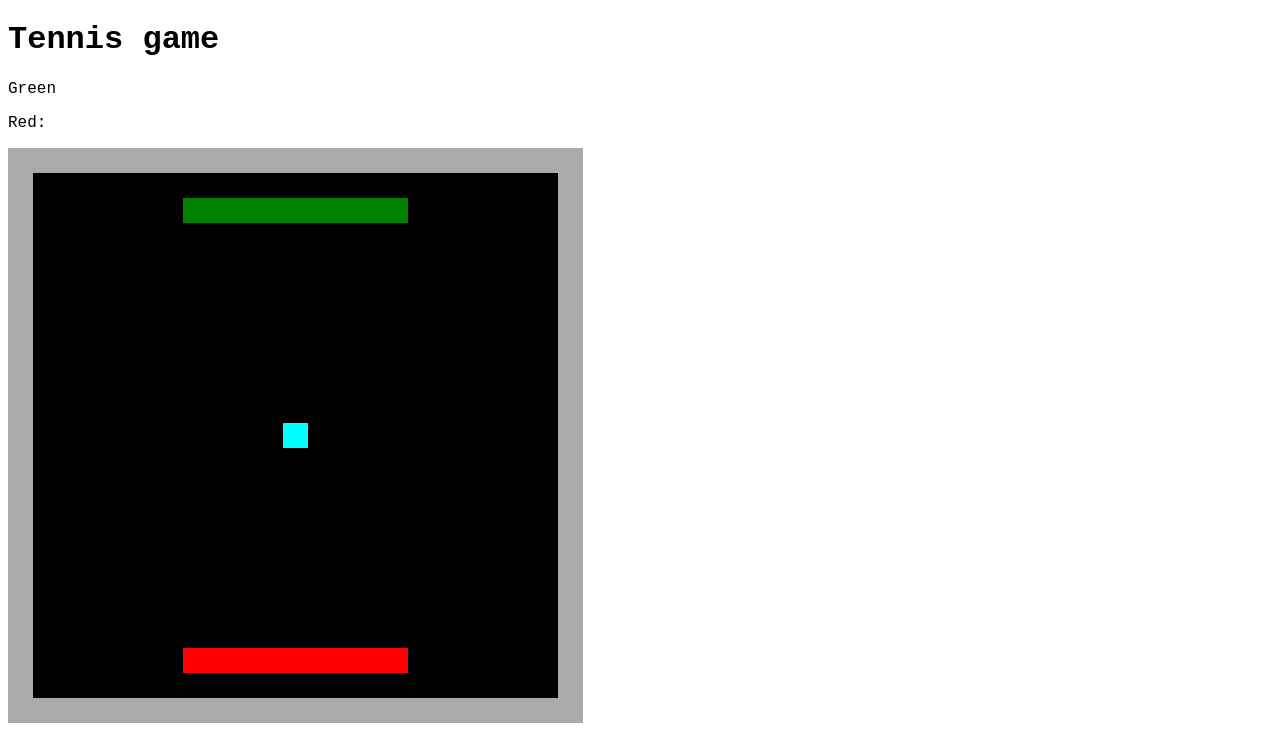
Repository: abdelrahman-ahmed-nassar/javascript-games
Page: my_ping-pong/index.html
These files come from the project's save history. The page is drawn as it stood at one moment and after a run of saves; the edit follows.
The browser window is 1280 px wide. The pictures show the whole page.

Above is the page before, as saved 2024-07-27 15:56:18.

### my_ping-pong/index.html
<!DOCTYPE html>
<html lang="en">
<head>
  <meta charset="UTF-8">
  <meta name="viewport" content="width=device-width, initial-scale=1.0">
  <link rel="stylesheet" href="style.css">
  <script defer src="script.js"></script>
  <title>Tennis 🎾</title>
</head>
<body>
  <h1>Tennis game</h1>
  <div></div>
  <p id="player-1">Green <span id="player--0__score"></span></p>
  <p id="player-2">Red: <span id="player--1__score"></span></p>
  <canvas id="canvas"></canvas>
</body>
</html>

### my_ping-pong/style.css
body {
  font-family: 'Courier New', Courier, monospace;
}

### my_ping-pong/script.js
//board
let blockSize = 25,
  rows = 23,
  cols = 23,
  c,
  ctx,
  gameOver = false,
  activePlayer = 0,
  rocket0 = [11, 20],
  rocket1 = [11, 2],
  ball = [11, 11];
  // accept odd numbers
  rocketWidth = 9;

window.onload = function () {
  c = document.getElementById("canvas");
  c.height = rows * blockSize;
  c.width = cols * blockSize;
  ctx = c.getContext("2d"); //used for drawing on the board

  document.addEventListener("keyup", changeDirection);
  // update();
  setInterval(update, 1000 / 100); //100 milliseconds
};

function update() {
  if (gameOver) {
    return;
  }
  // screen
  ctx.fillStyle = "#aaa";
  ctx.fillRect(0, 0, c.width, c.height);
  ctx.fillStyle = "black";
  ctx.fillRect(
    1 * blockSize,
    1 * blockSize,
    c.width - 2 * blockSize,
    c.height - 2 * blockSize
  );

  // rocket1
  ctx.fillStyle = "red";
  ctx.fillRect(
    rocket0[0] * blockSize - ((rocketWidth - 1) / 2) * blockSize,
    rocket0[1] * blockSize,
    blockSize * rocketWidth,
    blockSize
  );

  // rocket2
    ctx.fillStyle = "green";
  ctx.fillRect(
    rocket1[0] * blockSize - ((rocketWidth -1)/ 2) * blockSize,
    rocket1[1] * blockSize,
    blockSize * rocketWidth,
    blockSize
  );

  // ball
    ctx.fillStyle = "cyan";
    ctx.fillRect(
      ball[0] * blockSize ,
      ball[1] * blockSize,
      blockSize,
      blockSize
    );

  //game over conditions
}

function changeDirection(e) {
  // check key
  if (e.code == "ArrowRight") {
    // check edges
    if (rocket0[0] >= cols - 2 - (rocketWidth - 1) / 2) return;

    // check active player
    if (activePlayer === 0) {
      rocket0[0] += 1;
    } else if (activePlayer === 1) {
      rocket1[0] += 1;
    }
  } else if (e.code == "ArrowLeft") {
    if (rocket0[0] <= 1 + (rocketWidth - 1) / 2) return;

    if (activePlayer === 0) {
      rocket0[0] -= 1;
    } else if (activePlayer === 1) {
      rocket1[0] -= 1;
    }
  }
}

function randomIntFromInterval(min, max) {
  // min and max included
  return Math.floor(Math.random() * (max - min + 1) + min);
}

After the next 5 saves:
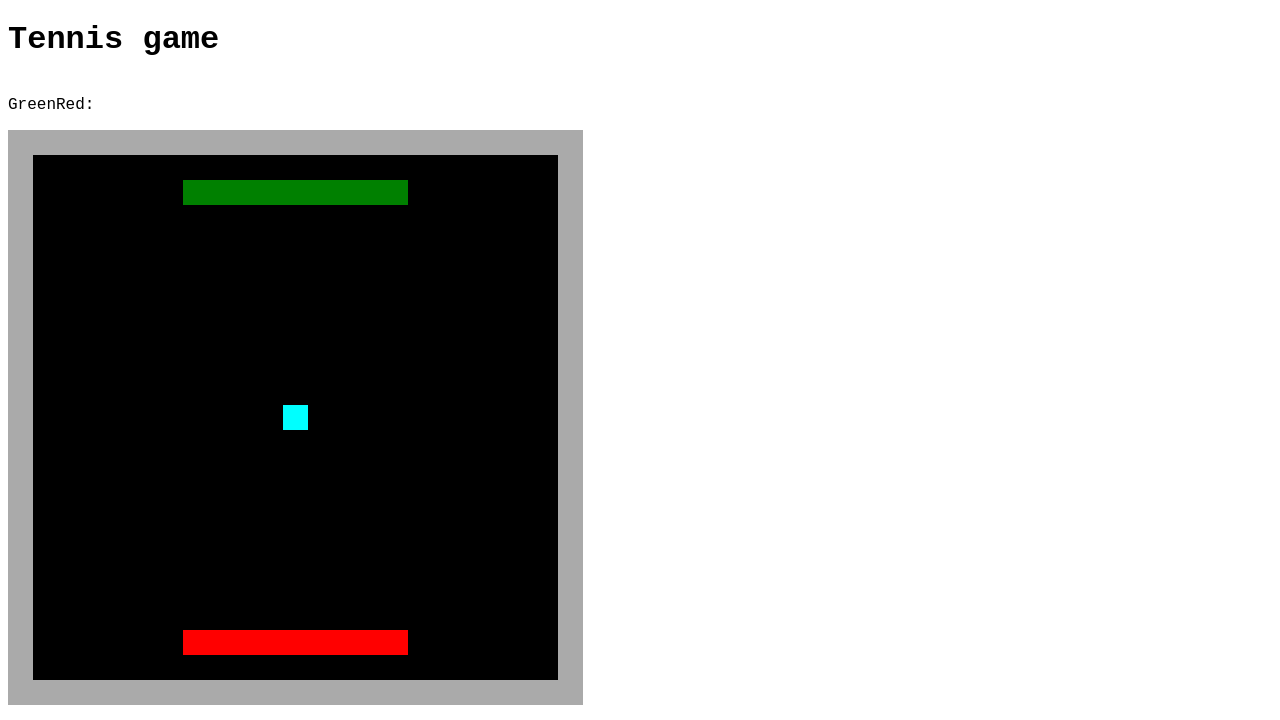
The 5 saves are shown as one change because they came seconds apart.
The last was saved 13 s later.
--- a/my_ping-pong/index.html
+++ b/my_ping-pong/index.html
@@ -1,17 +1,18 @@
 <!DOCTYPE html>
 <html lang="en">
-<head>
-  <meta charset="UTF-8">
-  <meta name="viewport" content="width=device-width, initial-scale=1.0">
-  <link rel="stylesheet" href="style.css">
-  <script defer src="script.js"></script>
-  <title>Tennis 🎾</title>
-</head>
-<body>
-  <h1>Tennis game</h1>
-  <div></div>
-  <p id="player-1">Green <span id="player--0__score"></span></p>
-  <p id="player-2">Red: <span id="player--1__score"></span></p>
-  <canvas id="canvas"></canvas>
-</body>
+  <head>
+    <meta charset="UTF-8" />
+    <meta name="viewport" content="width=device-width, initial-scale=1.0" />
+    <link rel="stylesheet" href="style.css" />
+    <script defer src="script.js"></script>
+    <title>Tennis 🎾</title>
+  </head>
+  <body>
+    <h1>Tennis game</h1>
+    <div style="display: flex">
+      <p id="player-1">Green <span id="player--0__score"></span></p>
+      <p id="player-2">Red: <span id="player--1__score"></span></p>
+    </div>
+    <canvas id="canvas"></canvas>
+  </body>
 </html>
